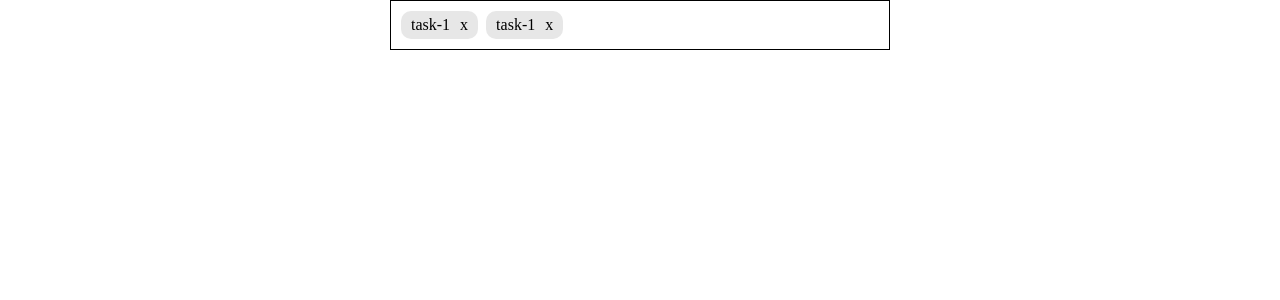
Repository: OkazakiTruong/selectOption
Page: /
The author's editor kept a copy of each file at every save. The page is drawn from the files as they stood at one save, then again after the next save.
The browser window is 1280 px wide. The pictures show the whole page.
The project was rebuilt for these pictures with package versions that can differ from the ones it lists, and the page was loaded fresh each time. Also part of the build but not shown: vite.config.js.

Above is the page before, as saved 2024-01-17 21:08:31.

After the next save:
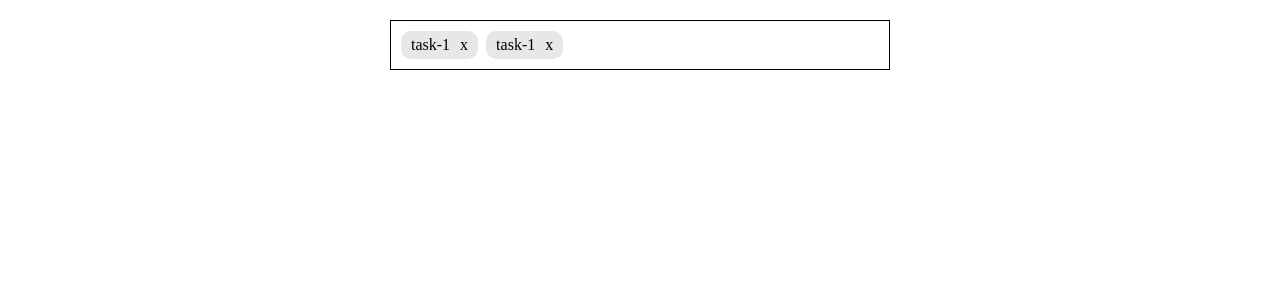
Saved 4 s later.
--- a/src/SelectBox/selectbox.css
+++ b/src/SelectBox/selectbox.css
@@ -1,6 +1,6 @@
 .select-container {
   width: 500px;
-  margin: 0 auto;
+  margin: 20px auto;
 }
 .select-input {
   display: flex;
